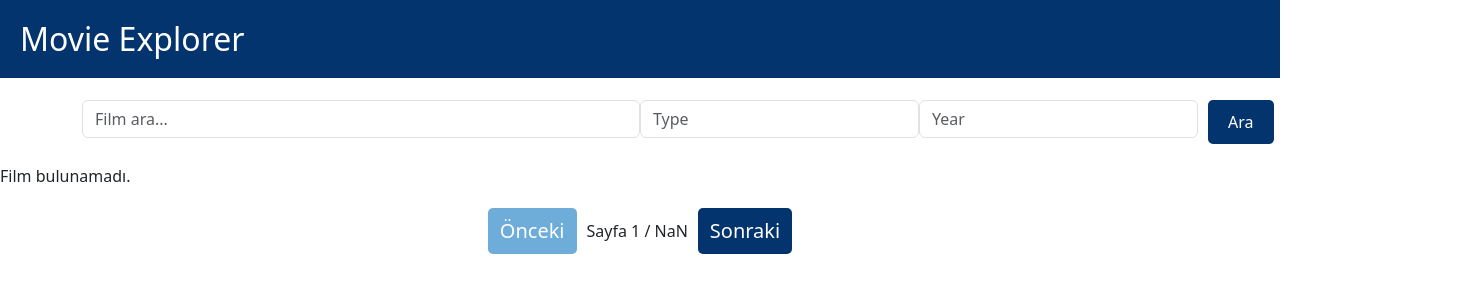
Repository: denizdizi/movie-explorer
Page: /
These files come from the project's save history. The page is drawn as it stood at one moment and after the next save; the edit follows.
The browser window is 1280 px wide. The page is 1477 px wide, then 1280 px, so the pictures cover 1477 px, including what lies to the right of the window. The pictures show the whole page.
The page's requests for data from a server got no answer. The project was rebuilt for these pictures with package versions that can differ from the ones it lists, and the page was loaded fresh each time. No one was signed in, and anything a server would have sent is missing. Also part of the build but not shown: src/App.css, src/components/MovieCard.js.

Above is the page before, as saved 2025-03-28 22:40:43.

After the next save:
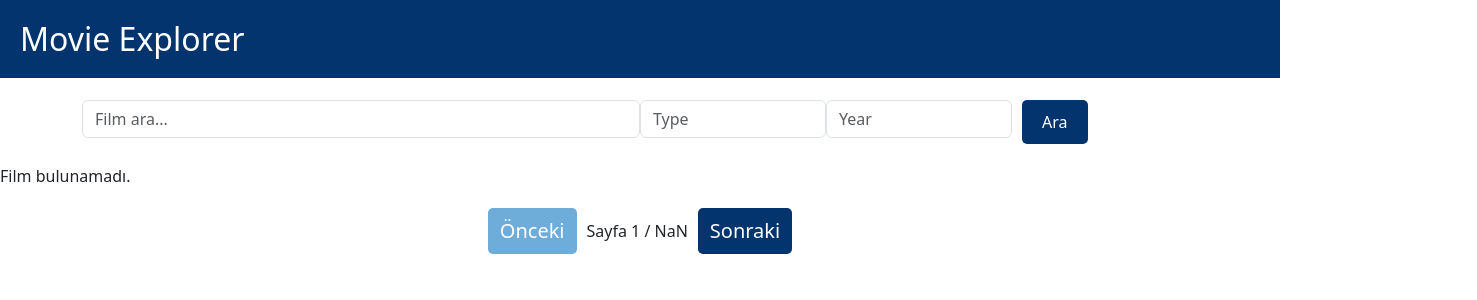
Saved 2 min 7 s later.
--- a/src/components/SearchBar.js
+++ b/src/components/SearchBar.js
@@ -18,13 +18,13 @@ const SearchBar = () => {
     <div className="col-lg-6">
       <input type="text" className="form-control" placeholder="Film ara..." />
     </div>
-    <div className="col-lg-3">
+    <div className="col-lg-2">
       <input type="text" className="form-control" placeholder="Type" />
     </div>
-    <div className="col-lg-3">
+    <div className="col-lg-2">
       <input type="text" className="form-control" placeholder="Year" />
     </div>
-    <div className="col-lg-3">
+    <div className="col-lg-2">
     <button type="submit" className="search-btn">
         Ara
       </button>    </div>
